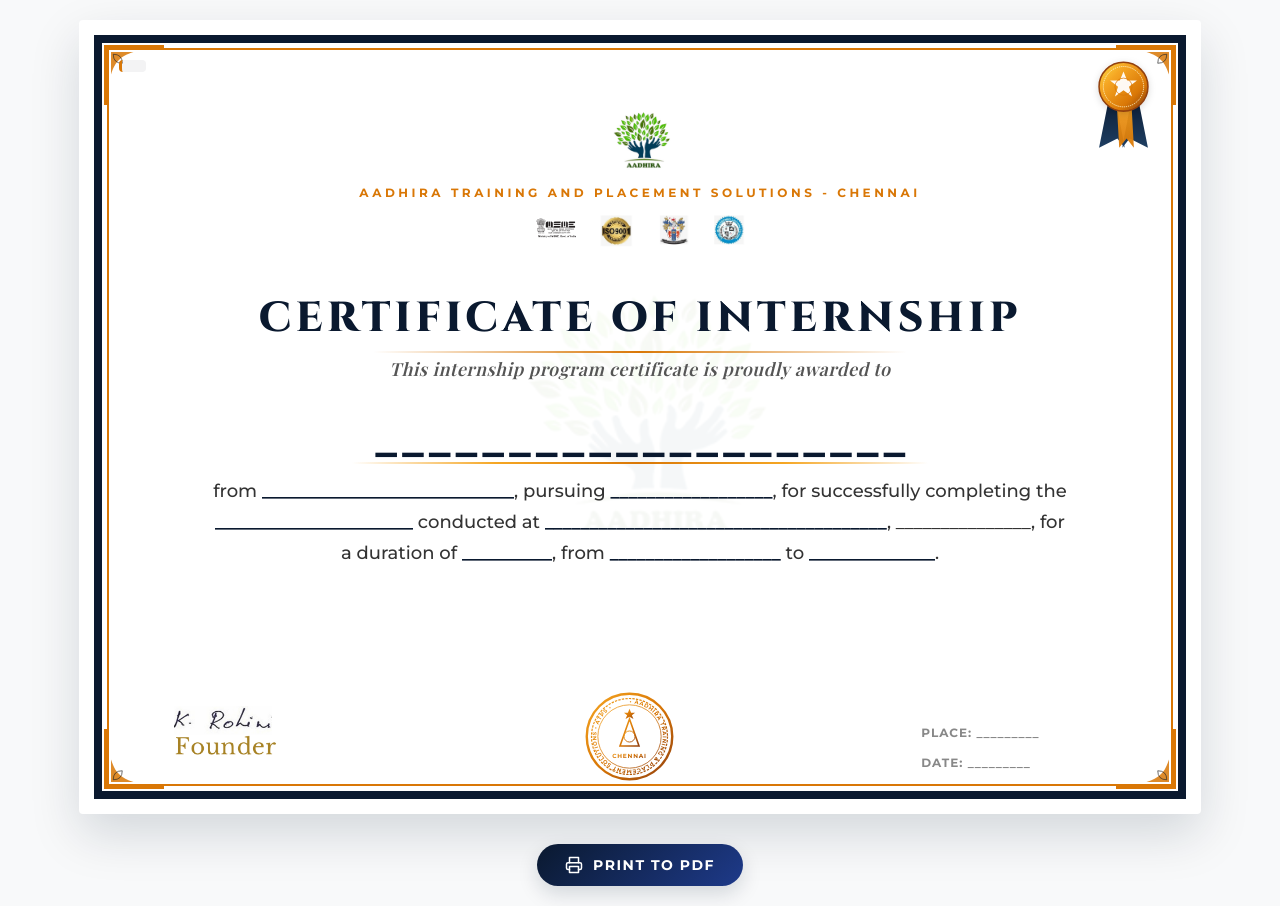
Repository: vimalRaj45/AADHIRA
Page: empt.html
These files come from the project's save history. The page is drawn as it stood at one moment and after the next save; the edit follows.
The browser window is 1280 px wide. The pictures show the whole page.
Some web fonts or font styles are not loaded; a fallback is used.

Above is the page before, as saved 2026-05-20 20:25:11.

### empt.html
<!DOCTYPE html>
<html lang="en">
<head>
  <meta charset="UTF-8">
  <meta name="viewport" content="width=device-width, initial-scale=1.0">
  <title>Certificate of Internship</title>

  <!-- Google Fonts for high-end look -->
  <link rel="preconnect" href="https://fonts.googleapis.com">
  <link rel="preconnect" href="https://fonts.gstatic.com" crossorigin>
  <link href="https://fonts.googleapis.com/css2?family=Cinzel:wght@600;700;800&family=Great+Vibes&family=Montserrat:wght@400;500;600;700&family=Playfair+Display:ital,wght@0,600;0,700;1,500;1,600&family=Alex+Brush&family=Mrs+Saint+Delafield&display=swap" rel="stylesheet">

  <!-- qrcode.js CDN -->
  <script src="https://cdnjs.cloudflare.com/ajax/libs/qrcodejs/1.0.0/qrcode.min.js"></script>

  <style>
    /* Styling for Screen Preview */
    :root {
      --navy: #0A192F;
      --gold: #D97706;
      --gold-light: #F5A623;
      --accent: #E07A5F;
      --bg: #F8F9FA;
      --paper: #FFFFFF;
    }

    * {
      box-sizing: border-box;
      margin: 0;
      padding: 0;
    }

    body {
      background-color: var(--bg);
      font-family: 'Montserrat', sans-serif;
      display: flex;
      flex-direction: column;
      align-items: center;
      justify-content: center;
      min-height: 100vh;
      padding: 20px;
    }

    /* Fixed Landscape A4 Dimensions for Preview */
    .cert-container {
      width: 297mm;
      height: 210mm;
      background: var(--paper);
      position: relative;
      overflow: hidden;
      box-shadow: 0 20px 50px rgba(10, 25, 47, 0.15);
      border-radius: 4px;
      display: flex;
      flex-direction: column;
      justify-content: space-between;
      padding: 40px;
    }

    /* Outer Borders */
    .border-outer {
      position: absolute;
      top: 15px;
      left: 15px;
      right: 15px;
      bottom: 15px;
      border: 8px solid var(--navy);
      pointer-events: none;
    }

    .border-inner {
      position: absolute;
      top: 28px;
      left: 28px;
      right: 28px;
      bottom: 28px;
      border: 2px solid var(--gold);
      pointer-events: none;
    }

    /* Border Corner Decorations */
    .corner-dec {
      position: absolute;
      width: 60px;
      height: 60px;
      border: 3px solid var(--gold);
      pointer-events: none;
    }

    .corner-tl {
      top: 25px;
      left: 25px;
      border-right: none;
      border-bottom: none;
    }

    .corner-tr {
      top: 25px;
      right: 25px;
      border-left: none;
      border-bottom: none;
    }

    .corner-bl {
      bottom: 25px;
      left: 25px;
      border-right: none;
      border-top: none;
    }

    .corner-br {
      bottom: 25px;
      right: 25px;
      border-left: none;
      border-top: none;
    }

    /* Decorative Corner SVG Accents */
    .corner-svg {
      position: absolute;
      width: 45px;
      height: 45px;
      fill: var(--gold);
      opacity: 0.85;
    }
    .svg-tl { top: 32px; left: 32px; }
    .svg-tr { top: 32px; right: 32px; transform: rotate(90deg); }
    .svg-bl { bottom: 32px; left: 32px; transform: rotate(-90deg); }
    .svg-br { bottom: 32px; right: 32px; transform: rotate(180deg); }

    /* Watermark background using your real corporate Aadhira Tree logo */
    .watermark {
      position: absolute;
      top: 50%;
      left: 50%;
      transform: translate(-50%, -50%);
      width: 340px;
      height: 340px;
      pointer-events: none;
      z-index: 1;
      opacity: 0.04;
      background-image: url('logos.png');
      background-size: 400% 100%;
      background-position: 0% 0%;
      background-repeat: no-repeat;
    }

    /* Header Layout */
    .header {
      display: flex;
      justify-content: center; /* PERFECT CENTER */
      align-items: center;
      z-index: 2;
      position: relative;
      width: 100%;
      height: 110px;
    }

    .cert-id {
      position: absolute;
      left: 0;
      top: 0;
      font-size: 14px;
      color: var(--navy);
      font-weight: 700;
      letter-spacing: 1.5px;
      background: rgba(10, 25, 47, 0.05);
      padding: 6px 12px;
      border-radius: 4px;
      border-left: 3px solid var(--gold);
    }

    .header-branding {
      display: flex;
      flex-direction: column;
      align-items: center;
      text-align: center;
    }

    /* Brand Logo & Accreditations Sprites */
    .logo-sprite {
      background-image: url('logos.png');
      background-size: 400% 100%;
      background-repeat: no-repeat;
      display: inline-block;
      mix-blend-mode: multiply;
    }

    .logo-aadhira {
      background-position: 0% 0%;
      width: 80px;
      height: 80px;
      margin-top: 120px;
      margin-bottom: 2px;
    }

    .company-subtitle {
      font-size: 12px;
      color: var(--gold);
      font-weight: 700;
      text-transform: uppercase;
      letter-spacing: 3.5px;
      margin-top: 2px;
      margin-bottom: 6px;
    }

    /* Center-Aligned Accreditation Badges */
    .accreditations {
      display: flex;
      gap: 12px;
      justify-content: center;
      align-items: center;
    }

    .logo-iso {
      background-position: 33.33% 0%;
      width: 44px;
      height: 44px;
    }

    .logo-arms {
      background-position: 66.66% 0%;
      width: 44px;
      height: 44px;
    }

    .logo-uk {
      background-position: 100% 0%;
      width: 44px;
      height: 44px;
    }

    .logo-msme {
      height: 44px;
      mix-blend-mode: multiply;
      object-fit: contain;
    }

    .medal-container {
      position: absolute;
      right: 0;
      top: -10px;
      width: 80px;
      height: 100px;
      display: flex;
      justify-content: flex-end;
    }

    /* Body/Content Layout */
    .content {
      text-align: center;
      z-index: 2;
      position: relative;
      margin-top: 5px;
      margin-bottom: 5px;
    }

    .title {
      font-family: 'Cinzel', serif;
      font-size: 42px;
      font-weight: 800;
      color: var(--navy);
      letter-spacing: 4px;
      margin-bottom: 10px;
      position: relative;
      display: inline-block;
    }

    .title::after {
      content: '';
      position: absolute;
      bottom: -6px;
      left: 15%;
      width: 70%;
      height: 2px;
      background: linear-gradient(90deg, transparent, var(--gold), transparent);
    }

    .subtitle {
      font-family: 'Playfair Display', serif;
      font-size: 18px;
      font-style: italic;
      color: #555;
      margin-bottom: 20px;
      letter-spacing: 0.5px;
    }

    .recipient-name {
      font-family: 'Playfair Display', serif;
      font-size: 44px;
      font-weight: 700;
      color: var(--navy);
      margin-bottom: 16px;
      display: inline-block;
      position: relative;
      padding: 0 20px;
    }

    .recipient-name::after {
      content: '';
      position: absolute;
      bottom: -4px;
      left: 0;
      width: 100%;
      height: 2.2px;
      background: linear-gradient(90deg, transparent, var(--gold-light), var(--gold), var(--gold-light), transparent);
    }

    .achievement-text {
      font-family: 'Montserrat', sans-serif;
      font-size: 18px;
      color: #333;
      line-height: 1.7;
      max-width: 860px;
      margin: 0 auto;
      font-weight: 500;
    }

    .highlight {
      font-weight: 700;
      color: var(--navy);
    }

    /* Bottom Section Layout */
    .footer {
      display: flex;
      justify-content: space-between;
      align-items: flex-end;
      z-index: 2;
      position: relative;
    }

    .signatory-block {
      width: 220px;
      text-align: center;
    }

    .signature-container {
      height: 60px;
      display: flex;
      align-items: flex-end;
      justify-content: center;
      margin-bottom: 8px;
    }

    /* Handwritten signature image displaying K. Rohini nicely overlayed */
    .signature-img {
      max-width: 150px;
      max-height: 60px;
      object-fit: contain;
      mix-blend-mode: multiply; /* Blends background color out */
    }

    .sign-line {
      border-top: 1.5px solid rgba(10, 25, 47, 0.3);
      padding-top: 6px;
    }

    .sign-name {
      font-size: 14px;
      font-weight: 700;
      color: var(--navy);
      text-transform: uppercase;
      letter-spacing: 1px;
    }

    .sign-designation {
      font-size: 12px;
      color: #666;
      margin-top: 2px;
      font-weight: 500;
    }

    .seal-block {
      width: 140px;
      display: flex;
      flex-direction: column;
      align-items: center;
      justify-content: center;
      margin-bottom: -10px;
    }

    .verification-block {
      display: flex;
      align-items: flex-end;
      gap: 15px;
      width: 240px;
    }

    .verification-details {
      text-align: left;
    }

    .verif-label {
      font-size: 10px;
      font-weight: 700;
      color: var(--navy);
      text-transform: uppercase;
      letter-spacing: 1px;
      margin-bottom: 4px;
    }

    .verif-link {
      font-size: 10px;
      color: #666;
      text-decoration: none;
      word-break: break-all;
      font-family: monospace;
      font-weight: 500;
      line-height: 1.3;
      display: block;
      max-width: 150px;
    }

    .verif-link:hover {
      color: var(--gold);
    }

    .qrcode-container {
      background: white;
      padding: 6px;
      border: 1px solid rgba(10, 25, 47, 0.12);
      border-radius: 4px;
      box-shadow: 0 4px 10px rgba(0,0,0,0.05);
      display: flex;
      align-items: center;
      justify-content: center;
    }

    /* Print & Floating Controls */
    .controls {
      margin-top: 30px;
      display: flex;
      gap: 15px;
      z-index: 10;
    }

    .btn {
      padding: 12px 28px;
      font-family: 'Montserrat', sans-serif;
      font-size: 14px;
      font-weight: 700;
      text-transform: uppercase;
      letter-spacing: 1.5px;
      border: none;
      border-radius: 50px;
      cursor: pointer;
      box-shadow: 0 8px 20px rgba(10, 25, 47, 0.15);
      transition: all 0.3s ease;
      display: flex;
      align-items: center;
      gap: 10px;
      text-decoration: none;
    }

    .btn-print {
      background: linear-gradient(135deg, var(--navy), #1E3A8A);
      color: white;
    }

    .btn-print:hover {
      transform: translateY(-2px);
      box-shadow: 0 12px 25px rgba(10, 25, 47, 0.25);
    }

    /* Print styling rules */
    @media print {
      body {
        background: none;
        padding: 0;
        margin: 0;
        width: 297mm;
        height: 210mm;
      }

      .cert-container {
        width: 297mm;
        height: 210mm;
        box-shadow: none;
        border-radius: 0;
        position: absolute;
        top: 0;
        left: 0;
        margin: 0;
        padding: 40px;
        page-break-after: always;
        -webkit-print-color-adjust: exact;
        print-color-adjust: exact;
      }

      .no-print {
        display: none !important;
      }
    }

    @page {
      size: A4 landscape;
      margin: 0;
    }
  </style>
</head>
<body>

  <!-- Certificate Container -->
  <div class="cert-container">

    <!-- Borders -->
    <div class="border-outer"></div>
    <div class="border-inner"></div>

    <!-- Corner Decorative Lines -->
    <div class="corner-dec corner-tl"></div>
    <div class="corner-dec corner-tr"></div>
    <div class="corner-dec corner-bl"></div>
    <div class="corner-dec corner-br"></div>

    <!-- Corner Decorative SVGs -->
    <svg class="corner-svg svg-tl" viewBox="0 0 100 100">
      <path d="M 0,0 L 50,0 C 20,10 10,20 0,50 Z" />
      <circle cx="15" cy="15" r="4" />
      <path d="M 5,5 Q 25,5 25,25 Q 5,25 5,5" fill="none" stroke="currentColor" stroke-width="1.5"/>
    </svg>
    <svg class="corner-svg svg-tr" viewBox="0 0 100 100">
      <path d="M 0,0 L 50,0 C 20,10 10,20 0,50 Z" />
      <circle cx="15" cy="15" r="4" />
      <path d="M 5,5 Q 25,5 25,25 Q 5,25 5,5" fill="none" stroke="currentColor" stroke-width="1.5"/>
    </svg>
    <svg class="corner-svg svg-bl" viewBox="0 0 100 100">
      <path d="M 0,0 L 50,0 C 20,10 10,20 0,50 Z" />
      <circle cx="15" cy="15" r="4" />
      <path d="M 5,5 Q 25,5 25,25 Q 5,25 5,5" fill="none" stroke="currentColor" stroke-width="1.5"/>
    </svg>
    <svg class="corner-svg svg-br" viewBox="0 0 100 100">
      <path d="M 0,0 L 50,0 C 20,10 10,20 0,50 Z" />
      <circle cx="15" cy="15" r="4" />
      <path d="M 5,5 Q 25,5 25,25 Q 5,25 5,5" fill="none" stroke="currentColor" stroke-width="1.5"/>
    </svg>

    <!-- Watermark Background using corporate Aadhira Tree logo -->
    <div class="watermark"></div>

    <!-- Top Header -->
    <div class="header">
      <div class="cert-id"></div>

      <div class="header-branding">
        <!-- Render your corporate Aadhira Tree logo via sprite -->
        <div class="logo-sprite logo-aadhira"></div>
        <div class="company-subtitle">AADHIRA TRAINING AND PLACEMENT SOLUTIONS - CHENNAI</div>

        <!-- Accreditation badges horizontally aligned -->
        <div class="accreditations">
          <img src="ministry-of-micro-small-and-medium-enterprises-logo-png.png" class="logo-msme" title="MSME Certified" alt="MSME Logo">
          <div class="logo-sprite logo-iso" title="ISO 9001:2015 Certified"></div>
          <div class="logo-sprite logo-arms" title="International Standards Certified"></div>
          <div class="logo-sprite logo-uk" title="Euro UK Accreditation Licensed"></div>
        </div>
      </div>

      <!-- Gold Medal Ribbon -->
      <div class="medal-container">
        <svg viewBox="0 0 120 180" width="75" height="110">
          <defs>
            <linearGradient id="goldGrad" x1="0%" y1="0%" x2="100%" y2="100%">
              <stop offset="0%" stop-color="#FDE047"/>
              <stop offset="30%" stop-color="#F5A623"/>
              <stop offset="70%" stop-color="#D97706"/>
              <stop offset="100%" stop-color="#78350F"/>
            </linearGradient>
            <linearGradient id="ribbonGrad1" x1="0%" y1="0%" x2="0%" y2="100%">
              <stop offset="0%" stop-color="#0A192F"/>
              <stop offset="100%" stop-color="#1E3E62"/>
            </linearGradient>
            <linearGradient id="ribbonGrad2" x1="0%" y1="0%" x2="0%" y2="100%">
              <stop offset="0%" stop-color="#F5A623"/>
              <stop offset="100%" stop-color="#D97706"/>
            </linearGradient>
          </defs>
          <!-- Ribbons -->
          <path d="M38 70 L20 160 L50 145 L62 160 L45 70" fill="url(#ribbonGrad1)"/>
          <path d="M82 70 L100 160 L70 145 L58 160 L75 70" fill="url(#ribbonGrad1)"/>
          <path d="M48 70 L53 160 L65 145 L77 160 L72 70" fill="url(#ribbonGrad2)" opacity="0.95"/>
          <!-- Medal Outer -->
          <circle cx="60" cy="60" r="40" fill="url(#goldGrad)" stroke="#92400E" stroke-width="2.5" filter="drop-shadow(0 3px 6px rgba(0,0,0,0.15))"/>
          <!-- Medal Ridges -->
          <circle cx="60" cy="60" r="33" fill="none" stroke="#FEF3C7" stroke-width="1.5" stroke-dasharray="2 1.5"/>
          <!-- Medal Emblem -->
          <polygon points="60,35 66,50 82,50 69,60 74,76 60,66 46,76 51,60 38,50 54,50" fill="#FFF" opacity="0.95"/>
          <circle cx="60" cy="60" r="14" fill="none" stroke="#D97706" stroke-width="1.2"/>
        </svg>
      </div>
    </div>

    <!-- Main Content Area -->
    <div class="content">
      <h1 class="title">CERTIFICATE OF INTERNSHIP</h1>
      <p class="subtitle">This internship program certificate is proudly awarded to</p>

      <div class="recipient-name">____________________</div>

      <p class="achievement-text">
        from <span class="highlight">____________________________</span>, pursuing <span class="highlight">__________________</span>,
        for successfully completing the <span class="highlight">______________________</span>
        conducted at <span class="highlight">______________________________________</span>,
        _______________, for a duration of <span class="highlight">__________</span>,
        from <span class="highlight">___________________</span> to <span class="highlight">______________</span>.
      </p>
    </div>

    <!-- Bottom Footer Section -->
    <div class="footer">

      <!-- Signature Block -->
      <div class="signatory-block">
        <div class="signature-container">
          <!-- Render your brand's handwritten signature image -->
          <img src="signature.png" class="signature-img" alt="Signature of K. Rohini">
        </div>
      </div>

      <!-- Company Seal -->
      <div class="seal-block">
        <svg viewBox="0 0 120 120" width="95" height="95">
          <defs>
            <linearGradient id="sealGrad" x1="0%" y1="0%" x2="100%" y2="100%">
              <stop offset="0%" stop-color="#F5A623"/>
              <stop offset="50%" stop-color="#D97706"/>
              <stop offset="100%" stop-color="#92400E"/>
            </linearGradient>
          </defs>
          <circle cx="60" cy="60" r="54" fill="none" stroke="url(#sealGrad)" stroke-width="3"/>
          <circle cx="60" cy="60" r="48" fill="none" stroke="url(#sealGrad)" stroke-width="1.5" stroke-dasharray="3 1.5"/>
          <circle cx="60" cy="60" r="40" fill="none" stroke="url(#sealGrad)" stroke-width="1"/>

          <!-- Curved text using SVG path -->
          <path id="sealTextPath-1" d="M60 18 A42 42 0 0 1 102 60 A42 42 0 0 1 60 102 A42 42 0 0 1 18 60 A42 42 0 0 1 60 18 Z" fill="none"/>
          <text fill="url(#sealGrad)" font-family="'Montserrat', sans-serif" font-size="6.8" font-weight="700" letter-spacing="0.8">
            <textPath href="#sealTextPath-1" startOffset="0%">• AADHIRA TRAINING & PLACEMENT SOLUTIONS • ATPS •</textPath>
          </text>

          <!-- Star and Seal Center Logo -->
          <path d="M60 38 L72 72 L48 72 Z" fill="none" stroke="url(#sealGrad)" stroke-width="2"/>
          <circle cx="60" cy="60" r="7" fill="none" stroke="url(#sealGrad)" stroke-width="1.2"/>
          <path d="M60 25 L62 30 L67 30 L63 33 L65 38 L60 35 L55 38 L57 33 L53 30 L58 30 Z" fill="url(#sealGrad)"/>
          <text x="60" y="87" text-anchor="middle" fill="url(#sealGrad)" font-family="'Montserrat', sans-serif" font-size="7.5" font-weight="800" letter-spacing="1">CHENNAI</text>
        </svg>
      </div>

      <!-- Verification QR & Details -->
      <div class="verification-block">
        <div class="verification-details">
             <div class="verif-label" style="margin-top: 12px; font-size: 12px; color: #888; margin-bottom: 15px;">Place: _________</div>
             <div class="verif-label" style="font-size: 12px; color: #888;">Date: _________</div>
        </div>
      </div>

    </div>

  </div>

  <!-- Print Button (Hidden on Print) -->
  <div class="controls no-print">
    <button class="btn btn-print" onclick="window.print()">
      <svg width="18" height="18" viewBox="0 0 24 24" fill="none" stroke="currentColor" stroke-width="2" stroke-linecap="round" stroke-linejoin="round">
        <polyline points="6 9 6 2 18 2 18 9"></polyline>
        <path d="M6 18H4a2 2 0 0 1-2-2v-5a2 2 0 0 1 2-2h16a2 2 0 0 1 2 2v5a2 2 0 0 1-2 2h-2"></path>
        <rect x="6" y="14" width="12" height="8"></rect>
      </svg>
      Print to PDF
    </button>
  </div>

  <!-- Dynamic QR Code Script -->
  <script>
    document.addEventListener("DOMContentLoaded", function() {
      const qrcodeEl = document.getElementById("qrcode-1");
      if (qrcodeEl) {
        new QRCode(qrcodeEl, {
          text: "https://aadhira.onrender.com/verify?cert=ATPS/2026/000001",
          width: 60,
          height: 60,
          colorDark : "#0A192F",
          colorLight : "#FFFFFF",
          correctLevel : QRCode.CorrectLevel.H
        });
      }
    });
  </script>

</body>
</html>

After the next save:
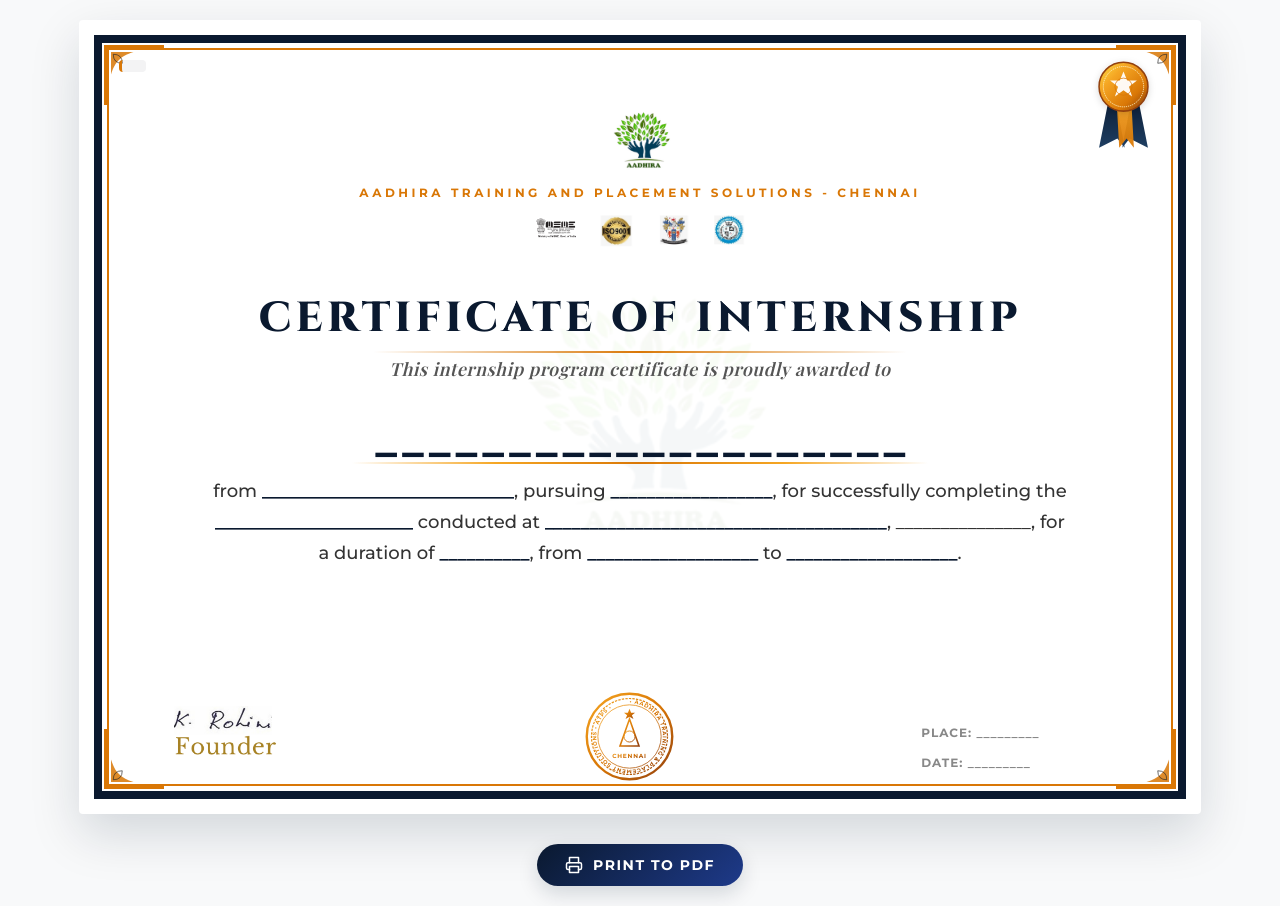
Saved 4 s later.
--- a/empt.html
+++ b/empt.html
@@ -602,7 +602,7 @@
         for successfully completing the <span class="highlight">______________________</span>
         conducted at <span class="highlight">______________________________________</span>,
         _______________, for a duration of <span class="highlight">__________</span>,
-        from <span class="highlight">___________________</span> to <span class="highlight">______________</span>.
+        from <span class="highlight">___________________</span> to <span class="highlight">___________________</span>.
       </p>
     </div>
 
